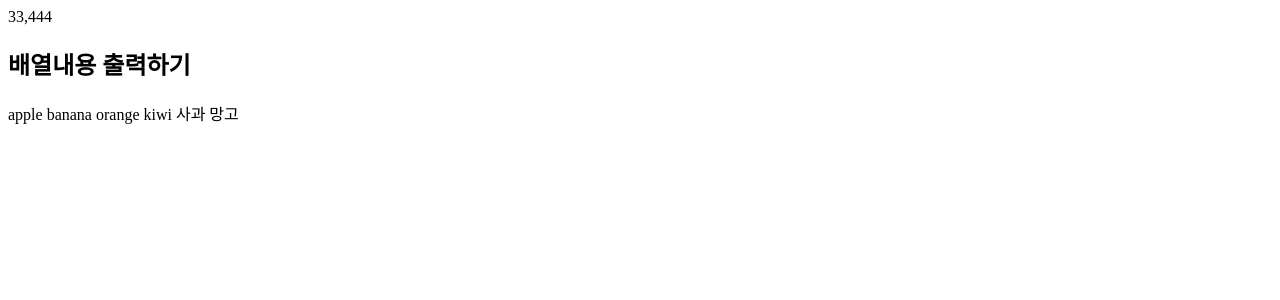
Repository: victoai/javaee2
Page: http://localhost/mvc/jstlEx.jsp
The author's editor kept a copy of each file at every save. The page is drawn from the files as they stood at one save, then again after the next save.
The browser window is 1280 px wide. The pictures show the whole page.
The page is served by Tomcat 9.

Above is the page before, as saved 2023-08-26 14:13:31.

After the next save:
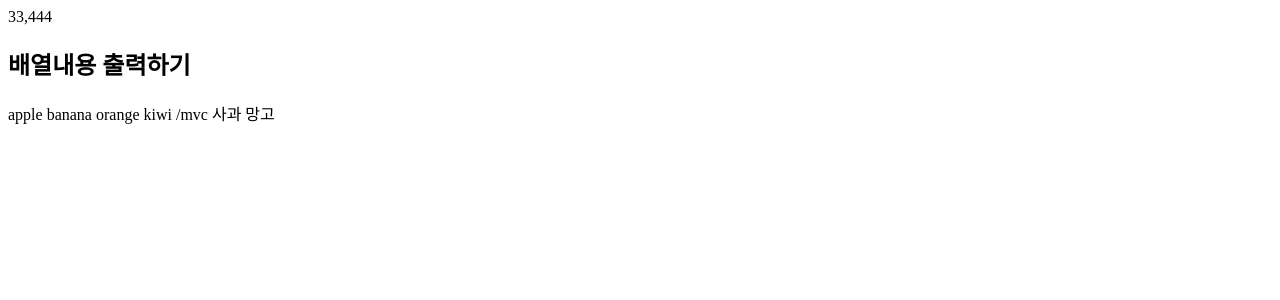
Saved 2 min 55 s later.
--- a/mvc/src/main/webapp/jstlEx.jsp
+++ b/mvc/src/main/webapp/jstlEx.jsp
@@ -27,8 +27,12 @@ request.setAttribute("message", message);
 %>
 
 
+ ${pageContext.request.contextPath}
+
 <c:forEach var="item" items="${message}">
  <c:out value="${item}"></c:out>
 </c:forEach>
+
+
 </body>
 </html>
